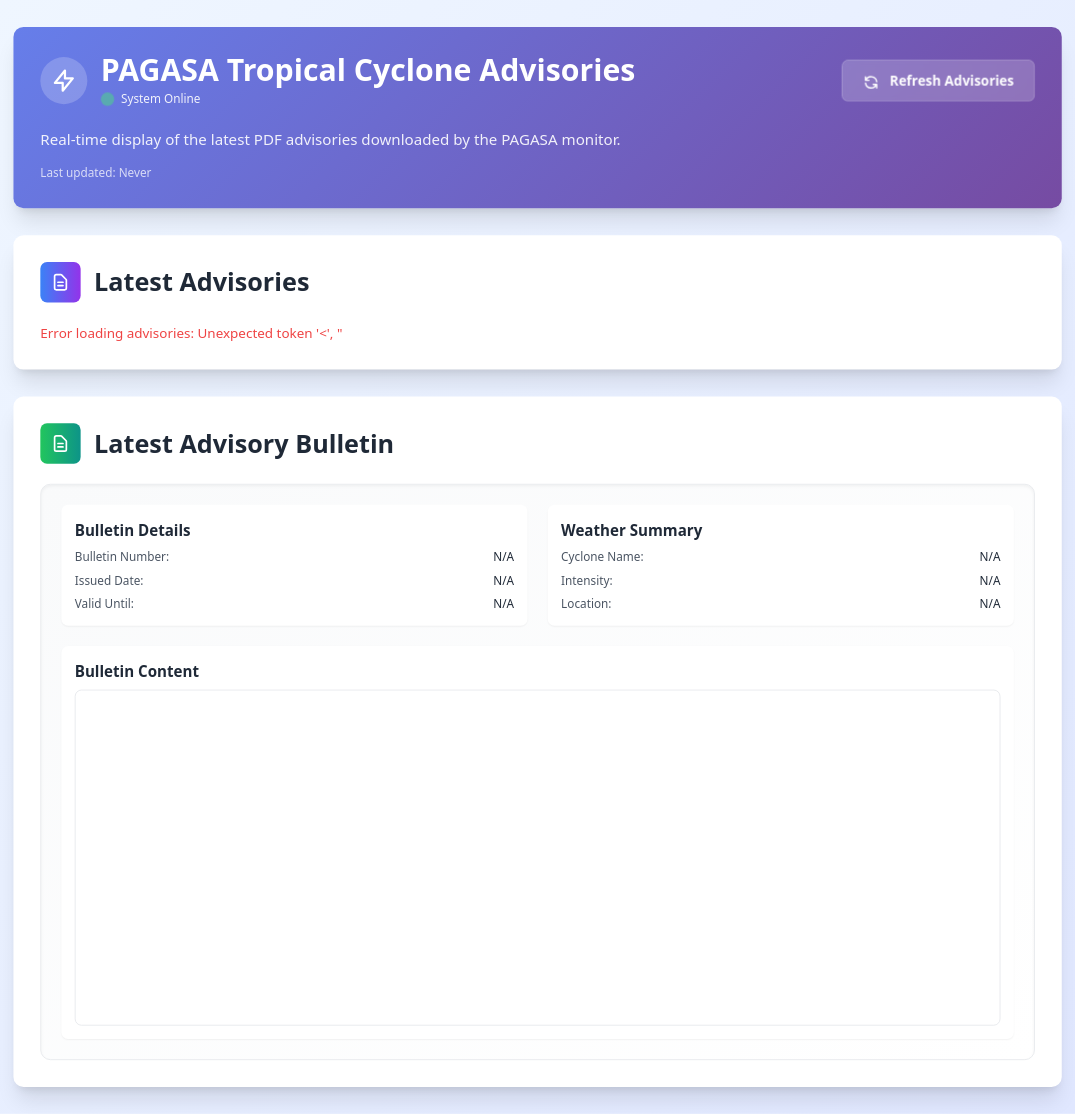
Repository: JetSpy-404/Heat-Mapping-For-Disaster-Risk-Prone-Areas
Page: pdf_viewer.html
These files come from the project's save history. The page is drawn as it stood at one moment and after a run of saves; the edit follows.
The browser window is 1280 px wide. The pictures show the whole page, at 84% of full size.
Some web libraries are served in a nearby version.

Above is the page before, as saved 2025-11-09 21:17:27.

After the next 2 saves:
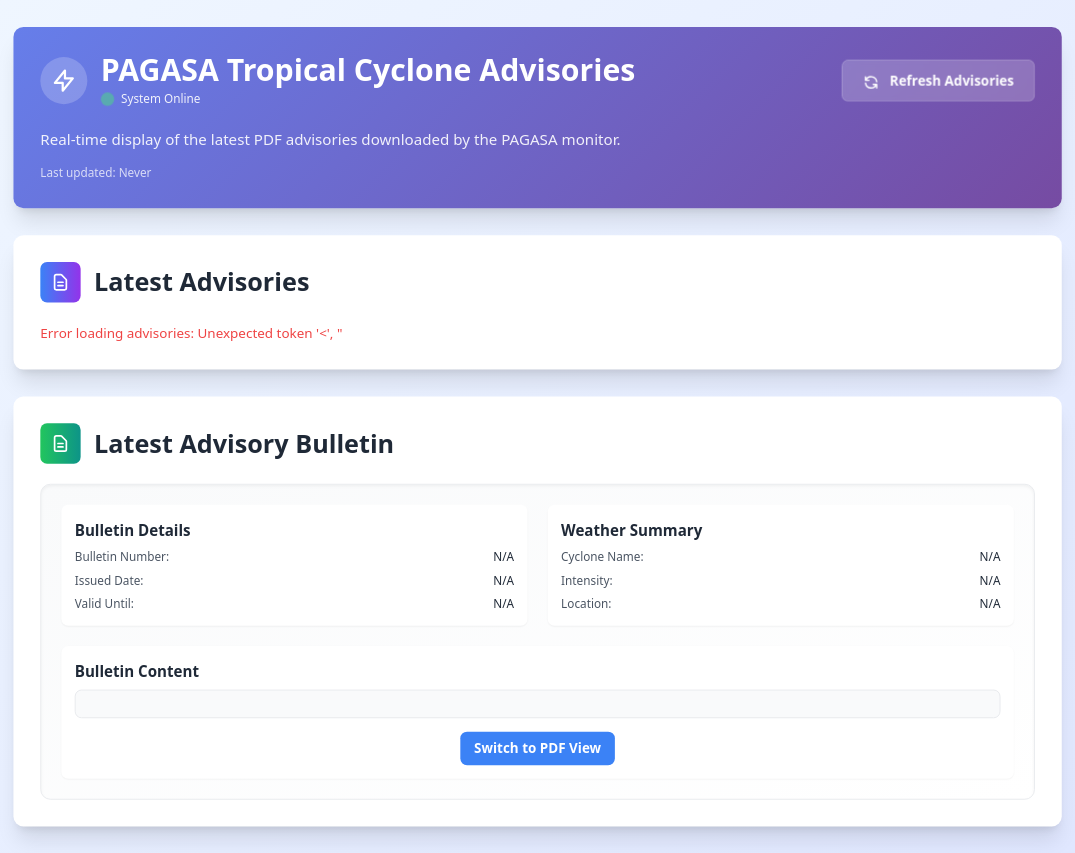
The 2 saves are shown as one change because they came seconds apart.
The last was saved 14 s later.
--- a/pdf_viewer.html
+++ b/pdf_viewer.html
@@ -140,7 +140,13 @@
                 </div>
                 <div class="bg-white rounded-lg p-4 shadow-sm">
                     <h3 class="text-lg font-semibold text-gray-800 mb-2">Bulletin Content</h3>
-                    <iframe id="latest-pdf-iframe" class="w-full h-[400px] border border-gray-200 rounded-lg" type="application/pdf"></iframe>
+                    <div id="bulletin-text" class="text-sm text-gray-700 max-h-[400px] overflow-y-auto whitespace-pre-wrap bg-gray-50 p-4 rounded-lg border"></div>
+                    <div class="mt-4 text-center">
+                        <button onclick="toggleView()" id="toggle-view-btn" class="bg-blue-500 text-white hover:bg-blue-600 font-semibold py-2 px-4 rounded-lg transition duration-200">
+                            Switch to PDF View
+                        </button>
+                    </div>
+                    <iframe id="latest-pdf-iframe" class="w-full h-[400px] border border-gray-200 rounded-lg hidden" type="application/pdf"></iframe>
                 </div>
             </div>
         </div>
